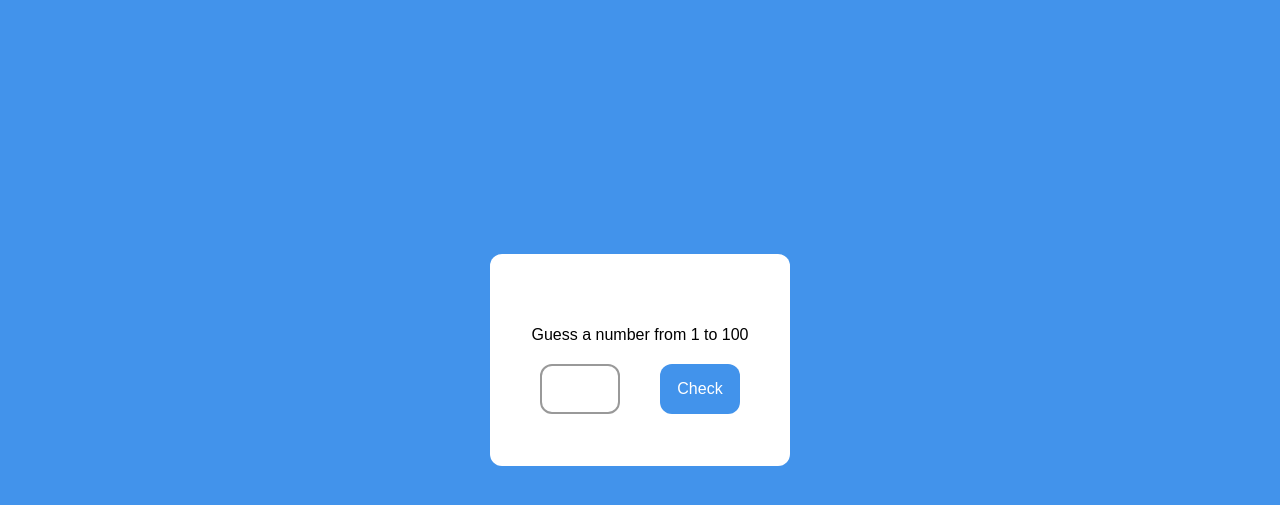
Repository: Ankitkr2021/Guess_Game
Page: index.html
These files come from the project's save history. The page is drawn as it stood at one moment and after the next save; the edit follows.
The browser window is 1280 px wide. The pictures show the whole page.

Above is the page before, as saved 2025-09-30 17:49:13.

### index.html
<!DOCTYPE html>
<html lang="en">
<head>
    <meta charset="UTF-8">
    <meta name="viewport" content="width=device-width, initial-scale=1.0">
    <title>Document</title>
    <link rel="stylesheet" href="./style.css">
</head>
<body>
    <div class="box">
        <p>Guess a number from 1 to 100</p>
        <div class="same-line">
        <input type="number">
        <button type="submit">Check</button>
        </div>
    </div>
</body>
</html>

### style.css
@import url("https://fonts.googleapis.com/css2?family=Poppins:wght@300;400;500;600;700&display=swap">
);

*{
    margin: 0;
    padding: 0;
    box-sizing: border-box;
    font-family: 'Poppins',sans-serif;
}

body{
    display: flex;
    justify-content: center;
    align-items: center;
    height: 100vh;
    width: 100%;
    background: #4293eb;
}

.box{
    background: #fff;
    height: 212px;
    width: 300px;
    border-radius: 12px;
    display: flex;
    flex-direction: column;
    align-items: center;
    justify-content: center;
}

p{
    padding: 20px 20px;
}

.same-line {
    /* background: green; */
    width: 100%;
    display: flex;
    align-items: center;
    justify-content: center;
}

input{
    /* margin: 50px; */
    padding: 20px;
    width: 80px;
    height: 50px;
    border-radius: 12px;
    border: 2px solid #999;
}


button{
    background: #4293eb;
    border: none;
    color: #fff;
    margin-left: 40px;
    height: 50px;
    width: 80px;
    border-radius: 12px;
    font-size: 16px;
    font-weight: 400;
    cursor: pointer;
}

After the next save:
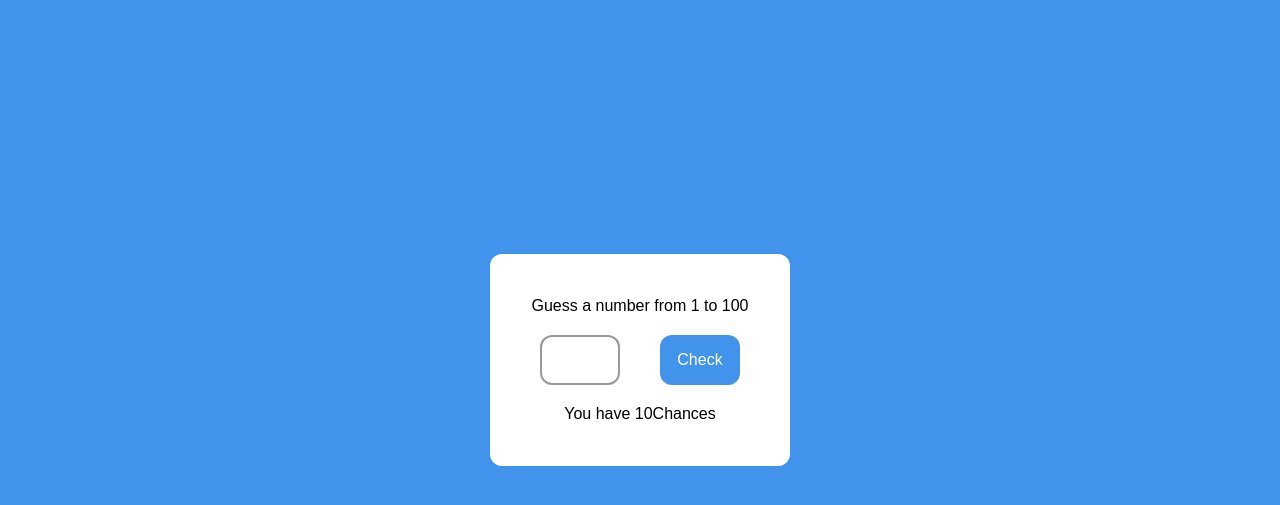
Saved 53 s later.
--- a/index.html
+++ b/index.html
@@ -13,6 +13,7 @@
         <input type="number">
         <button type="submit">Check</button>
         </div>
+        <p>You have <span class="chances">10</span>Chances</p>
     </div>
 </body>
 </html>
